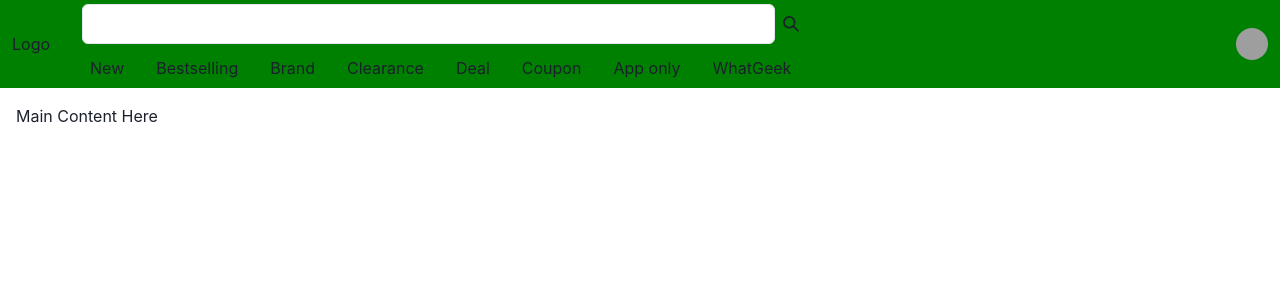
Repository: Vedprakas987/Shopee_cw24
Page: / (app in shopee_online/)
These files come from the project's save history. The page is drawn as it stood at one moment and after a run of saves; the edit follows.
The browser window is 1280 px wide. The pictures show the whole page.
Pictures or frames that could not be fetched are drawn as grey boxes. The project was rebuilt for these pictures with package versions that can differ from the ones it lists, and the page was loaded fresh each time.

Above is the page before, as saved 2022-12-15 21:30:04.

After the next 5 saves:
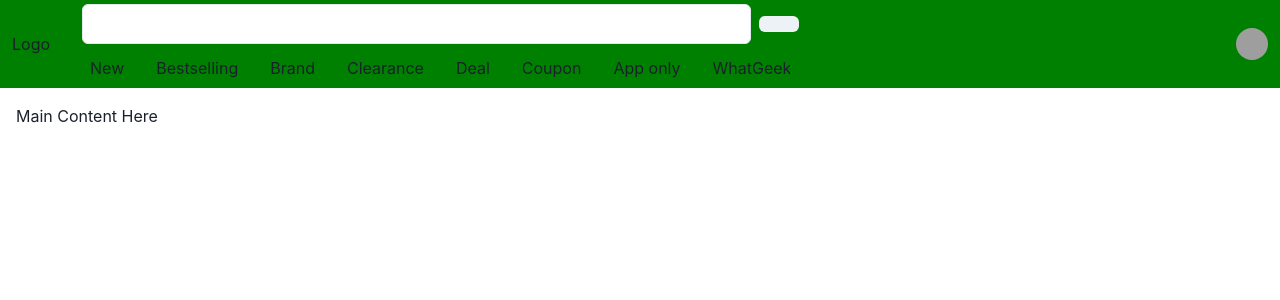
The 5 saves are shown as one change because they came seconds apart.
The last was saved 52 s later.
--- a/shopee_online/src/Routes/Navbar.jsx
+++ b/shopee_online/src/Routes/Navbar.jsx
@@ -55,7 +55,7 @@
             <VStack>
                 <HStack w="100%">
                 <Input bg="white" color="black"></Input>
-                <SearchIcon cursor="pointer"/>
+                <SearchIcon as={Button} cursor="pointer"/>
 
                 </HStack>
             <HStack

After the save that followed:
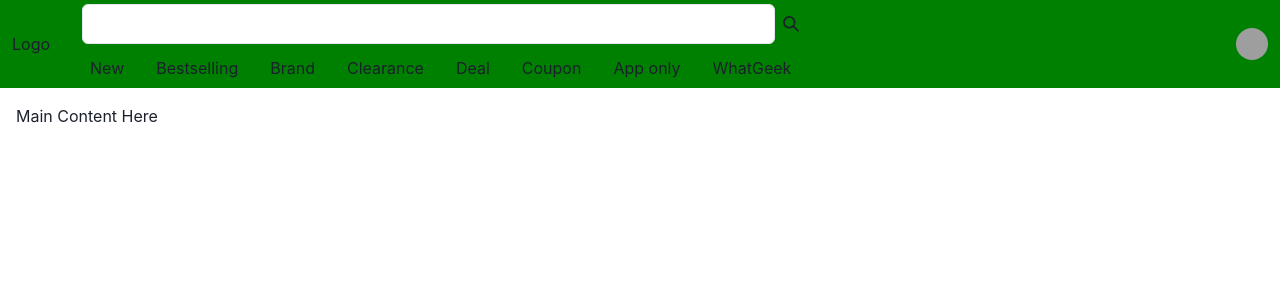
Saved 22 s later.
--- a/shopee_online/src/Routes/Navbar.jsx
+++ b/shopee_online/src/Routes/Navbar.jsx
@@ -55,7 +55,7 @@
             <VStack>
                 <HStack w="100%">
                 <Input bg="white" color="black"></Input>
-                <SearchIcon as={Button} cursor="pointer"/>
+                <SearchIcon cursor="pointer"/>
 
                 </HStack>
             <HStack
